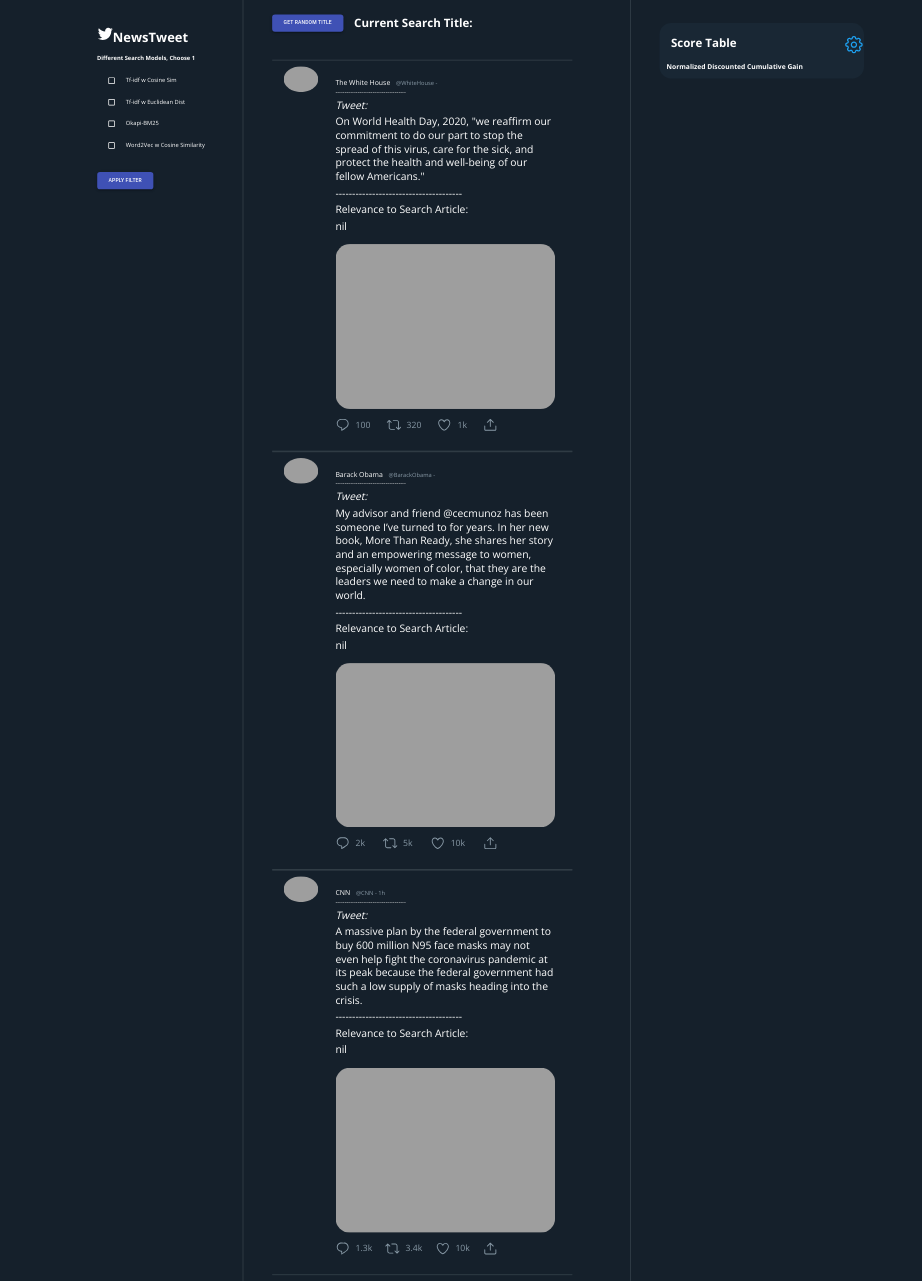
Repository: Dustyik/IR-tweets---disaster-
Page: / (app in Frontend/)
The author's editor kept a copy of each file at every save. The page is drawn from the files as they stood at one save, then again after a run of saves.
The browser window is 1280 px wide. The pictures show the whole page, at 72% of full size.
Pictures or frames that could not be fetched are drawn as grey boxes. The page's requests for data from a server got no answer. The project was rebuilt for these pictures with package versions that can differ from the ones it lists, and the page was loaded fresh each time. No one was signed in, and anything a server would have sent is missing. Also part of the build but not shown: Frontend/src/components/trending/Trend.js, Frontend/src/components/trending/FollowSuggestionCard.js, Frontend/src/styles/FollowList.css, Frontend/src/components/trending/FollowSuggestionsList.js, Frontend/src/components/StatusCard.js, Frontend/src/pages/Status.js, Frontend/src/components/profile/ProfileHead.js, Frontend/src/components/profile/ProfileDetails.js and 2 more.

Above is the page before, as saved 2021-08-07 17:02:22.

### Frontend/public/index.html
<!DOCTYPE html>
<html lang="en">

<head>
  <meta charset="utf-8" />
  <link rel="icon" href="%PUBLIC_URL%/favicon.ico" />
  <meta name="viewport" content="width=device-width, initial-scale=1" />
  <meta name="theme-color" content="#000000" />
  <meta name="description" content="Web site created using create-react-app" />
  <link rel="apple-touch-icon" href="%PUBLIC_URL%/logo192.png" />
  <link href="https://fonts.googleapis.com/css2?family=Open+Sans:wght@400;700&display=swap" rel="stylesheet">
  <!--
      manifest.json provides metadata used when your web app is installed on a
      user's mobile device or desktop. See https://developers.google.com/web/fundamentals/web-app-manifest/
    -->
  <link rel="manifest" href="%PUBLIC_URL%/manifest.json" />
  <!--
      Notice the use of %PUBLIC_URL% in the tags above.
      It will be replaced with the URL of the `public` folder during the build.
      Only files inside the `public` folder can be referenced from the HTML.

      Unlike "/favicon.ico" or "favicon.ico", "%PUBLIC_URL%/favicon.ico" will
      work correctly both with client-side routing and a non-root public URL.
      Learn how to configure a non-root public URL by running `npm run build`.
    -->
  <title>React App</title>
</head>

<body>
  <noscript>You need to enable JavaScript to run this app.</noscript>
  <div id="root"></div>
  <!--
      This HTML file is a template.
      If you open it directly in the browser, you will see an empty page.

      You can add webfonts, meta tags, or analytics to this file.
      The build step will place the bundled scripts into the <body> tag.

      To begin the development, run `npm start` or `yarn start`.
      To create a production bundle, use `npm run build` or `yarn build`.
    -->
</body>

</html>

### Frontend/src/App.js
import React from 'react';
import { BrowserRouter as Router, Route } from 'react-router-dom';
import './App.css';
import { Sidebar } from './components/Sidebar';
import { Home } from './pages/Home';
import { Trending } from './components/trending/Trending';
import { GlobalProvider } from './context/GlobalState';
import { Status } from './pages/Status';
import ScrollToTop from './utils/ScrollToTop';
import { Profile } from './pages/Profile';

function App() {
  return (
    <GlobalProvider >
      <Router >

        <ScrollToTop>
          <div className="App">
            <div className="side-nav">
              <Sidebar />
            </div>
            <div className="main trending">

              <Route exact path="/" component={Home} />
              { /*
              <Route exact path="/:id" component={Profile} />
              <Route exact path="/status/:id" component={Status} />
              */}


            </div>

            <div className="trending">
              <Trending />
            </div>
          </div>
        </ScrollToTop>

      </Router>
    </GlobalProvider>
  );
}

export default App;

### Frontend/src/App.css
:root {
    --body-bg        : rgb(21, 32, 43);
    --sky-blue       : rgba(29, 161, 242, 1.00);
    --light          : rgba(255, 255, 2555);
    --grey           : rgb(136, 153, 166);
    --border         : rgb(56, 68, 77);
    --thick-border   : rgb(37, 51, 65);
    --thick-border   : rgb(37, 51, 65);
    --card-background: rgb(25, 39, 52);
}

body {
    background-color: var(--body-bg);
    font-family     : 'Open Sans', sans-serif;
    padding         : 0;
    margin          : 0;
    color           : var(--light);
}

html {
    font-size: 8px;
}

::-webkit-input-placeholder {
    /* Chrome/Opera/Safari */
    font-size  : 2.5rem;
    color      : #9197a3;
    font-weight: 400;
}

::-moz-placeholder {
    /* Firefox 19+ */
    font-size  : 2.5rem;
    color      : #9197a3;
    font-weight: 400;
}

:-ms-input-placeholder {
    /* IE 10+ */
    font-size  : 2.5rem;
    color      : #9197a3;
    font-weight: 400;
}

:-moz-placeholder {
    /* Firefox 18- */
    font-size  : 2.5rem;
    color      : #9197a3;
    font-weight: 400;
}

.App {
    display              : grid;
    grid-template-columns: 2.5fr 4fr 3fr;
}

.side-nav {
    padding-left: 40%;
    padding-top : 3rem;
}

.side-nav svg {
    fill : var(--light);
    width: 2.75rem;
}

.side-nav svg:hover {
    fill: var(--sky-blue);
}

.side-nav-item {
    padding: 2rem 0;

}

.side-nav .side-nav-item .side-nav-text {
    font-size     : 2.25rem;
    font-weight   : 700;
    color         : var(--light);
    padding-left  : 3rem;
    vertical-align: bottom;
}

.avatar {
    display: inline;
}

.avatar img {
    border-radius: 50%;
}


/* helper classes */
.p-0 {
    padding: 0
}


.pl-0 {
    padding-left: 0
}

.p-1 {
    padding: 1rem;
}

.p-2 {
    padding: 2rem
}

.pr-0 {
    padding-right: 0
}

.pb-1 {
    padding-bottom: 1rem;
}

.m-0 {
    margin: 0
}

.mb-0 {
    margin-bottom: 0;
}

.text-center {
    text-align: center;
}

.w-100 {
    width: 100%;
}

.pl-1 {
    padding-left: 1rem;
}

.pr-1 {
    padding-right: 1rem;
}

ul {
    list-style: none;
}

.flex-align-center {
    display    : flex;
    align-items: center;
}

.flex-space-between {
    display        : flex;
    justify-content: space-between;
}

.inline-block {
    display: inline-block;

}


.btn {
    color      : var(--light);
    font-weight: 700;
    cursor     : pointer;
    border     : none;
    background : transparent;
}

.tweet-btn {
    border-radius   : 4rem;
    font-size       : 2rem;
    padding         : 1.5rem;
    background-color: var(--sky-blue);
    width           : 80%;
}

.follow-btn {
    border-radius: 3rem;
    font-size    : 2rem;
    padding      : 0.5rem;
    font-weight  : 700;
    color        : var(--sky-blue);
    border       : 1px solid var(--sky-blue);
}

.pointer {
    cursor: pointer;
}

.bold-dull-para {
    font-size: 1.75rem;
    color    : var(--grey);
}

a {
    text-decoration: none;
    color          : inherit;
}

h1 {
    font-size  : 2.25rem;
    font-weight: 700;
    color      : var(--light);
}

h2 {
    font-size  : 2rem;
    font-weight: 700;
    color      : var(--light);
}

input:focus {
    outline: none;
}

### Frontend/src/components/Sidebar.js
import React, {useState, useContext} from 'react';
import { Logo, HomeIcon, ExploreIcon, NotificationIcon, MessageIcon, BookmarkIcon, ListsIcon, MoreIcon } from '../images/svg/svgs';
import { SmallAvatar } from '../images/avatars';
import { Checkbox } from '@material-ui/core';
import { Button } from '@material-ui/core';
import * as API from "../apifunctions"
import { GlobalContext } from '../context/GlobalState'
import { uniqueNamesGenerator, Config, adjectives, colors, animals } from 'unique-names-generator';


const SEARCH_MODELS = ["Tf-idf w Cosine Sim", "Tf-idf w Euclidean Dist", "Okapi-BM25", "Word2Vec w Cosine Similarity"]

export const Sidebar = () => {
    const profImageurl = 'https://pbs.twimg.com/profile_images/1247964769669136385/KVCROk2D_bigger.jpg';
    const [searchModelsLocalState, setSearchModelsLocalState] = useState([])

    const {setSearchModels, searchModels, title, removeAllTweets, addTweet, addRankingScore, getRankingScore} = useContext(GlobalContext);

    const checkBoxToggled = (event) => {
        const id = event.id
        const checkValue = event.checked

        if (checkValue){
            setSearchModels(id)
            setSearchModelsLocalState(id)
        }
    }

    const applyFilter = () => {
        API.applySearchFilters(searchModels, title.title, title.id).then(
            res => {
                removeAllTweets()
                const data = JSON.parse(res.data.pandas_data)
                const ranking = res.data.ranking_score
                addRankingScore(ranking)



                console.log(data)

                const relevanceData = data.relevance_score
                const tweetData = data.tweet
                const tweetIdData = data.id
                const relatedArticlesData = data.article_id

                for (let i = 0; i < Object.keys(relevanceData).length; i++){
                    let pxSize = 140 + i*3
                    const newTweet = {
                        name: uniqueNamesGenerator({dictionaries: [adjectives, colors, animals]}),
                        tweet: tweetData[i],
                        relevance: relevanceData[i],
                        image: `https://placeimg.com/${pxSize}/${pxSize}/any`
                    }
                    addTweet(newTweet)
                }
            }
        )
    }

    const createCheckBoxes = () =>
        SEARCH_MODELS.map((e) => {

            return (
                <div>
                <Checkbox
                size = "medium"
                id = {e}
                onChange = {(e) => checkBoxToggled(e.target)}
                checked = {searchModelsLocalState == e}
                >
                </Checkbox>
                {e}

                </div>
            )
        }
    )


    const checkBoxes = createCheckBoxes()

    return (
        <div>
            <div className="side-nav-header">

                <h1>
                <Logo />
                    NewsTweet
                </h1>
            </div>
            <h4>
                Different Search Models,
                Choose 1
            </h4>



            {checkBoxes}

            <div>
                &nbsp;
            </div>
            <div>
                &nbsp;
            </div>

            <Button
                onClick = {applyFilter}
                variant="contained" color="primary">
                Apply Filter
            </Button>



        </div>
    )
}

### Frontend/src/components/trending/Trending.js
import React from 'react';
import '../../styles/Trending.css';
import { SearchIcon } from '../../images/svg/svgs'
import { TrendsList } from './TrendsList';
import { FollowSuggestionsList } from './FollowSuggestionsList';


export const Trending = () => {
    return (
        <>
            <div>

                <div className="trends-list m-0">

                    <TrendsList />

                </div>
                {/*
                <div className="follow-list">
                    <FollowSuggestionsList />
                </div>
                */}
            </div>
        </>
    )
}

### Frontend/src/utils/ScrollToTop.js
import React, { useEffect, Fragment } from 'react';
import { withRouter } from 'react-router-dom';

function ScrollToTop({ history, children }) {
    useEffect(() => {
        const unlisten = history.listen(() => {
            window.scrollTo(0, 0);
        });
        return () => {
            unlisten();
        }
    }, []);

    return <Fragment>{children}</Fragment>;
}

export default withRouter(ScrollToTop);

### Frontend/src/images/avatars.js
import React from 'react'

export const SmallAvatar = ({ width, image }) => {
    return (
        <div className="avatar">
            <img width={width} src={image} alt="avatar" />
        </div>
    )
}

### Frontend/src/apifunctions.js
import axios from 'axios';

export const getTitles = () => {
    console.log("get Titles called")
    return axios.get("http://localhost:5000/getTitles")
}

export const applySearchFilters = (data, title, id) => {
    return axios.post("http://localhost:5000/applySearchModels", {
            data: data,
            queryTitle: title,
            articleId: id

        }
    )
}

### Frontend/src/styles/Main.css
/* main styles */
.main {
    border-left : 1px solid var(--border);
    border-right: 1px solid var(--border);
    ;
}

.home {
    padding-left : 2.5rem;
    border-bottom: 1px solid var(--border);
}

.new-tweet {
    padding              : 1rem;
    display              : grid;
    grid-template-columns: 1fr 9fr;
    border-bottom        : 1rem solid var(--thick-border);
}

.new-tweet .left,
.right {
    padding: 0 1rem;
}

.new-tweet input {
    padding    : 2rem 0;
    background : transparent;
    border     : none;
    color      : var(--light);
    font-size  : 2rem;
    font-weight: 700;
}

.new-tweet-options {
    padding-right  : 1rem;
    display        : flex;
    justify-content: space-between;
    align-items    : center;
}

.new-tweet .add-icons {
    margin-right: 1rem;
}

.new-tweet .add-icons svg {
    width  : 3rem;
    fill   : var(--sky-blue);
    padding: 1rem;
}

.new-tweet .add-icons svg:first-child {
    padding-left: 0;
}

### Frontend/src/components/TweetList.js
import React, { useContext } from 'react'
import TweetCard from './TweetCard'
import { GlobalContext } from '../context/GlobalState'

export const TweetList = () => {
    const { tweets } = useContext(GlobalContext);

    return (
        <>
            {tweets.map((tweet, index) => (<TweetCard key={index} tweet={tweet} />))}
        </>
    )
}

### Frontend/src/styles/Trending.css
.trending {
    padding: 1rem 10rem 1rem 5rem;
}

.trending .search-box {
    width     : 100%;
    background: transparent;

    background-color: var(--thick-border);
    border-radius   : 5rem;
    border          : none;
}

.trending .search-box svg {
    width       : 3rem;
    fill        : var(--grey);
    padding-left: 1rem;

}

.trending .search-box input {
    padding   : 1.5rem;
    font-size : 2rem;
    width     : 100%;
    background: transparent;
    border    : none;
    color     : var(--light);
}

.trends-list {
    background-color: var(--card-background);
    border-radius   : 2rem;
    margin-top      : 3rem;
}

.trends-list h1 {
    padding: 1rem 2rem;

}

.trends-for-you {
    padding-top: 2rem;
    padding-left: 2rem;
}

.trends-for-you svg {
    width: 3.5rem;
    fill : var(--sky-blue);
}

.trends-card {
    border-top   : 1px solid var(--border);
    border-bottom: 1px solid var(--border);
    padding      : 2rem;
}

.trends :last-child {
    border-bottom: none;
}

.trends-topic {
    font-size: 1.5rem;
    color    : var(--grey);
}

.trend-tweet-count {
    font-size: 1.75rem;

}



.trending ::-webkit-input-placeholder {
    /* Chrome/Opera/Safari */
    font-size  : 2rem;
    color      : #9197a3;
    font-weight: 400;
}

.trending ::-moz-placeholder {
    /* Firefox 19+ */
    font-size  : 2rem;
    color      : #9197a3;
    font-weight: 400;
}

.trending :-ms-input-placeholder {
    /* IE 10+ */
    font-size  : 2rem;
    color      : #9197a3;
    font-weight: 400;
}

.trending :-moz-placeholder {
    /* Firefox 18- */
    font-size  : 2rem;
    color      : #9197a3;
    font-weight: 400;
}

### Frontend/src/components/trending/TrendsList.js
import React, {useContext} from 'react';
import { Trend } from '../trending/Trend';
import { SettingsIcon } from '../../images/svg/svgs';

import { GlobalContext } from '../../context/GlobalState'


export const TrendsList = () => {

    const {rankingModel} = useContext(GlobalContext);

    const trends = rankingModel.map((trend) => {
        return {
            name: trend[2],
            topic: '',
            tweets: trend[1]
        }

    }).reverse()
    return (
        <div>
            <div className="trends-for-you flex-space-between">
                <h2 className="m-0">Score Table</h2>
                <SettingsIcon />
            </div>
            <h3 style = {{padding:10}}className="m-0">Normalized Discounted Cumulative Gain </h3>

            <div>
            </div>
            <div className="trends">
                {trends.map(trend => (<Trend trend={trend} />))}
            </div>
        </div>
    )
}

### Frontend/src/context/AppReducer.js
const MAX = 30
const MIN = 0

export default (state, action) => {
    switch (action.type) {

        case "ADD_RANKING_SCORE":
            return {
                ...state,
                rankingModel: [...state.rankingModel, action.payload]
            }


        case 'DELETE_TRANSACTION':
            return {
                ...state,
                transactions: state.transactions.filter(transaction => transaction.id !== action.payload)
            }
        case 'ADD_TWEET':
            const newTweet = {
                user: {
                    name: action.payload.name,
                    image: action.payload.image,
                    handle: `@${action.payload.name}`,
                },
                tweet: {
                    content: action.payload.tweet,
                    image: null,
                    comments: Math.floor(Math.random()*(MAX-MIN)+MIN),
                    retweets: Math.floor(Math.random()*(MAX-MIN)+MIN),
                    likes: Math.floor(Math.random()*(MAX-MIN)+MIN),
                    relevance: action.payload.relevance
                }
            };
            return {
                ...state,
                tweets: [...state.tweets, newTweet]
            }

        case "SET_TITLE":
            return {
            ...state,
            title: action.payload
        }

        case "SET_SEARCH_MODEL":
            return {
            ...state,
            searchModels: action.payload
        }

        case "REMOVE_ALL_TWEETS":
            return {
            ...state,
            tweets: []
        }


        default:
            return state
    }
}

### Frontend/src/styles/StatusCard.css
.tweets {}

.status-card {
    /* padding              : 1rem;
    display                 : grid;
    grid-template-columns   : 1fr 9fr; */
    border-bottom           : 0.5px solid var(--border);
    border-top              : 0.5px solid var(--border);

}

.status-card .left,
.right {
    padding: 2rem;
}

.status-card .left {
    display    : flex;
    align-items: center;

}

.status-card .right {
    padding-top: 0;
}

.status-card .status-card-name {
    font-size    : 2rem;
    font-weight  : 700;
    padding-right: 1rem;
}

.status-card .status-card-handle,
.status-card-time {
    font-size: 1.5rem;
    color    : var(--grey);
}

.status-card .status-card-body .status-card-content p {
    font-size : 2.5rem;
    margin-top: .5rem;
}

.status-card .status-card-body .status-card-image {
    margin-top: 2rem;
}

.status-card .status-card-body .status-card-image img {
    width        : 100%;
    border-radius: 20px;
}

.status-card .status-card-footer {
    padding-right: 10rem;
    display      : flex;

    justify-content: space-around;
    padding-top    : 1rem;
    width          : 100%;
}

.status-card .status-card-footer svg {
    fill : var(--grey);
    width: 2.5rem;
}

.status-card .status-card-footer .tweet-cars-icon {
    line-height : 2;
    font-size   : 1.5rem;
    color       : var(--grey);
    padding-left: 1rem;
}

.status {
    display    : flex;
    align-items: center;
    padding    : 0 2rem;
    display    : flex;
    align-items: center;
}

.status h1 {
    display     : inline-block;
    padding-left: 1rem;
}

.status svg {
    width: 4rem;
    fill : var(--sky-blue);
}

### Frontend/src/styles/TweetCard.css
.tweets {}

.tweet-card {
    padding              : 1rem;
    display              : grid;
    grid-template-columns: 1fr 9fr;
    border-bottom        : 0.5px solid var(--border);
    border-top           : 0.5px solid var(--border);

}

.tweet-card .left,
.right {
    padding: 0 1rem;
}

.tweet-card .tweet-card-head .tweet-card-name {
    font-size    : 1.2rem;
    font-weight  : 300;
    padding-right: 1rem;
}

.tweet-card .tweet-card-head .tweet-card-name:hover {
    text-decoration: underline;
}

.tweet-card .tweet-card-head .tweet-card-handle,
.tweet-card-time {
    font-size: rem;
    color    : var(--grey);
}

.tweet-card .tweet-card-body .tweet-card-content p {
    font-size : 1.8rem;
    margin-top: .5rem;
}

.tweet-card .tweet-card-body .tweet-card-image {
    margin-top: 2rem;
}

.tweet-card .tweet-card-body .tweet-card-image img {
    width        : 100%;
    border-radius: 20px;
}

.tweet-card .tweet-card-footer {
    padding-right  : 10rem;
    display        : flex;
    justify-content: space-between;
    padding-top    : 1rem;
}

.tweet-card .tweet-card-footer svg {
    fill : var(--grey);
    width: 2.5rem;
}

.tweet-card .tweet-card-footer .tweet-cars-icon {
    line-height : 2;
    font-size   : 1.5REM;
    color       : var(--grey);
    padding-left: 1rem;
}

Loaded but not shown: Frontend/src/index.js (common file); Frontend/src/images/svg/svgs.js (66 lines, source omitted); Frontend/src/context/GlobalState.js (124 lines, source omitted); Frontend/src/components/TweetCard.js (67 lines, source omitted); Frontend/src/pages/Home.js (75 lines, source omitted)

After the next 2 saves:
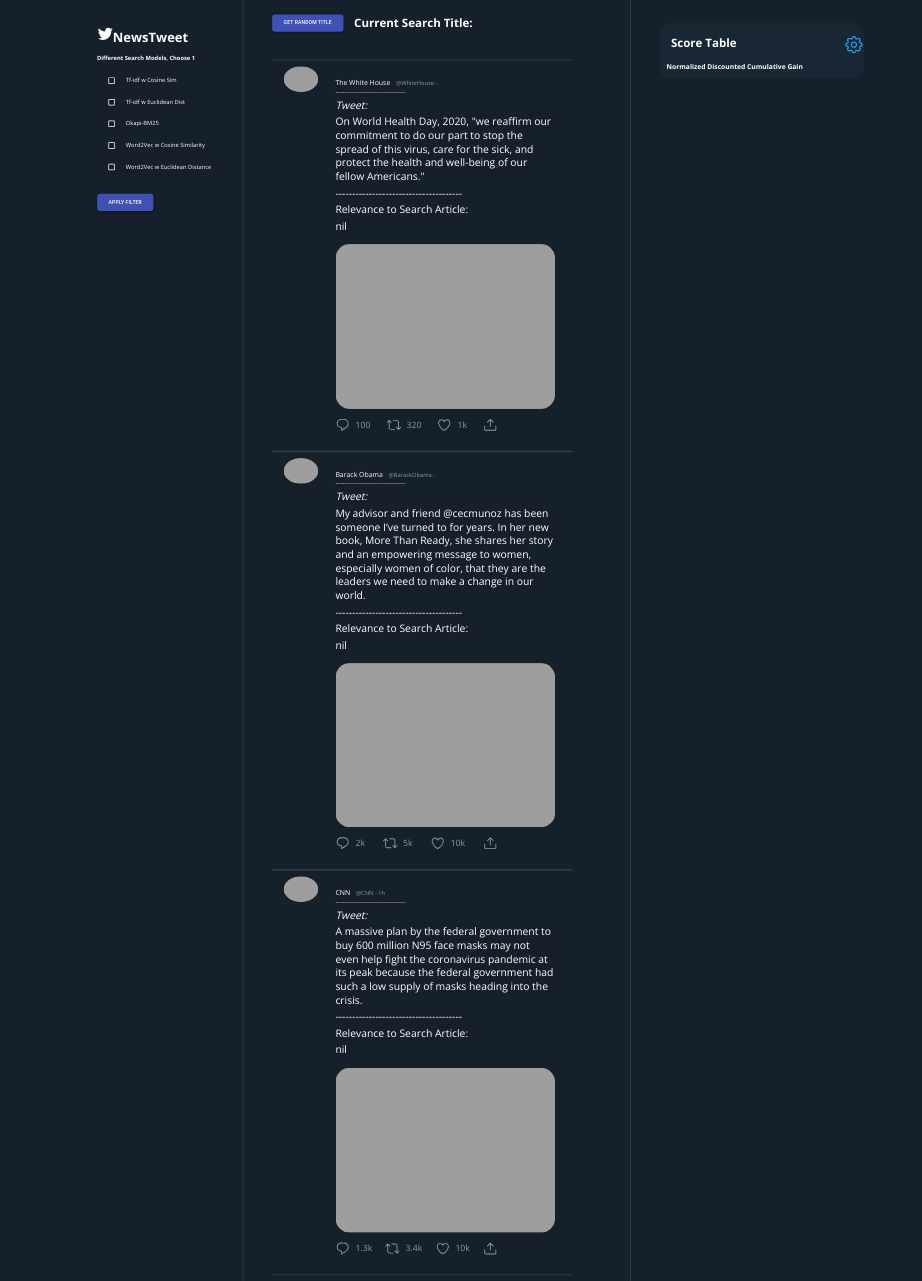
The 2 saves are shown as one change because 1 did not build or start.
The last was saved 9 min 55 s later.
--- a/Frontend/src/components/Sidebar.js
+++ b/Frontend/src/components/Sidebar.js
@@ -8,7 +8,7 @@
 import { uniqueNamesGenerator, Config, adjectives, colors, animals } from 'unique-names-generator';
 
 
-const SEARCH_MODELS = ["Tf-idf w Cosine Sim", "Tf-idf w Euclidean Dist", "Okapi-BM25", "Word2Vec w Cosine Similarity"]
+const SEARCH_MODELS = ["Tf-idf w Cosine Sim", "Tf-idf w Euclidean Dist", "Okapi-BM25", "Word2Vec w Cosine Similarity", "Word2Vec w Euclidean Distance"]
 
 export const Sidebar = () => {
     const profImageurl = 'https://pbs.twimg.com/profile_images/1247964769669136385/KVCROk2D_bigger.jpg';
